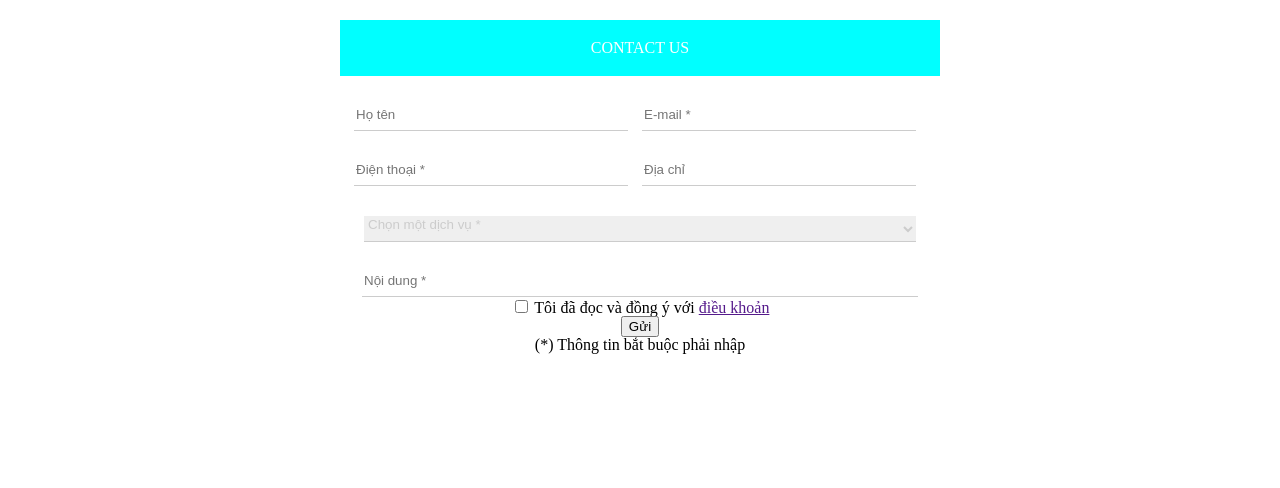
Repository: vanh1604/exercises
Page: baitap/Car/contact.html
The author's editor kept a copy of each file at every save. The page is drawn from the files as they stood at one save, then again after the next save.
The browser window is 1280 px wide. The pictures show the whole page.

Above is the page before, as saved 2023-03-29 17:22:03.

After the next save:
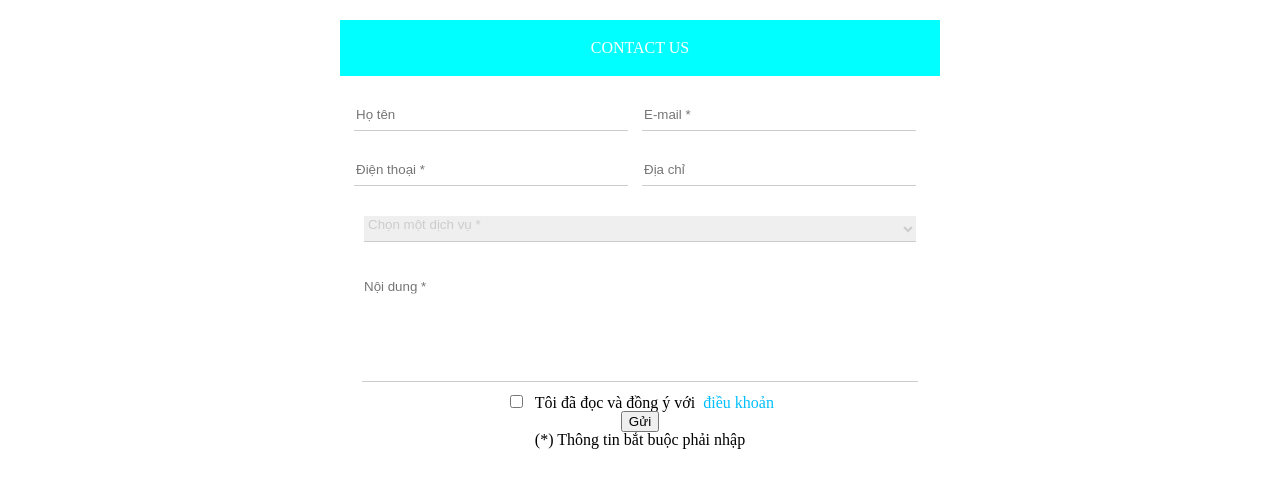
Saved 16 s later.
--- a/baitap/Car/contact.css
+++ b/baitap/Car/contact.css
@@ -45,5 +45,23 @@ select:focus,
 button:focus {
   outline: none;
 }
+#content {
+  height: 100px;
+}
+#content::placeholder {
+  transform: translateY(-250%);
+}
+.check-box {
+  margin-top: 10px;
+  border-radius: 0;
+}
+.modal input[type="checkbox"] {
+  margin-right: 8px;
+}
+.check-box a {
+  text-decoration: none;
+  margin-left: 4px;
+  color: deepskyblue;
+}
 input {
 }
